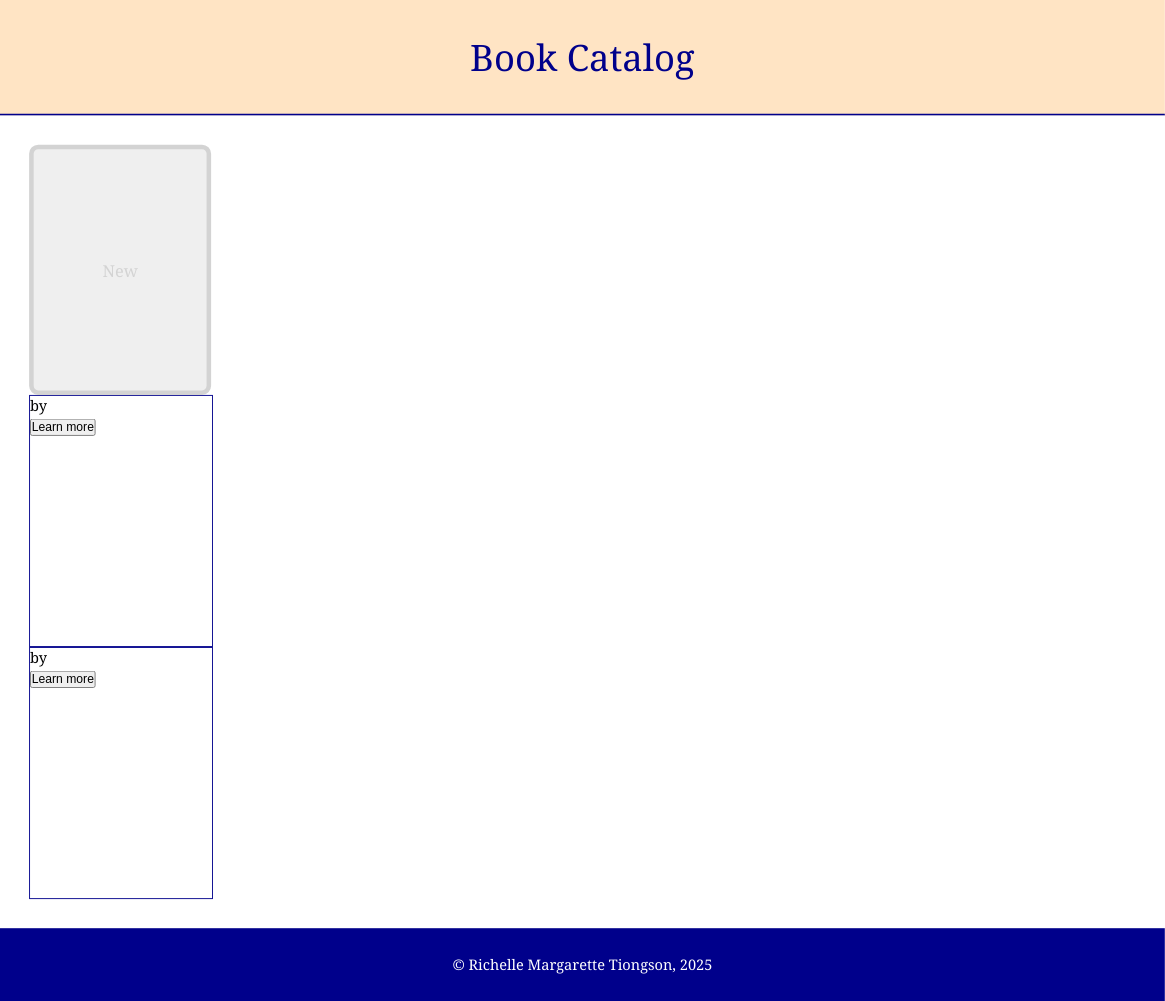
Repository: richelletiongson/comp3170_lab01
Page: /
These files come from the project's save history. The page is drawn as it stood at one moment and after the next save; the edit follows.
The browser window is 1280 px wide. The pictures show the whole page, at 91% of full size.
The project was rebuilt for these pictures with package versions that can differ from the ones it lists, and the page was loaded fresh each time. Also part of the build but not shown: vite.config.js.

Above is the page before, as saved 2025-09-14 00:11:31.

### index.html
<!doctype html>
<html lang="en">
  <head>
    <meta charset="UTF-8" />
    <link rel="stylesheet" href="src/index.css"/>
    <meta name="viewport" content="width=device-width, initial-scale=1.0" />
    <title>Book Catalog</title>
  </head>
  <body>
    <div id="root"></div>
    <script type="module" src="/src/main.jsx"></script>
  </body>
</html>

### src/index.css
* {
  margin: 0;
  padding: 0;
}

body {
  font-family: 'Georgia', 'Times New Roman', serif;
  height: 100vh;
  display: flex;
  flex-direction: column;
}

.app {
  display: flex;
  flex-direction: column;
  min-height: 100vh;
}

.header {
  background-color: bisque;
  height: 125px;
  display: flex;
  align-items: center;
  justify-content: center;
  border-bottom: 2px solid darkblue;
}

.header-title {
  color: darkblue;
  font-size: 2.5rem;
  font-weight: normal;
  text-align: center;
  margin: 0;
}

.book {
  border: solid 1px darkblue;
  height:275px;
  width:200px;
}

.new {
  border: solid 5px lightgray;
  border-radius: 10px;
  height:275px;
  width:200px;
  font-family: 'Georgia', 'Times New Roman', serif;
  color: lightgray;
  font-size: 18px;
}

.main-content {
  flex: 1;
  background-color: #FFFFFF;
  padding: 2rem;
}

.footer {
  background-color: darkblue;
  height: 80px;
  display: flex;
  align-items: center;
  justify-content: center;
}

.footer-text {
  color: #FFFFFF;
  font-size: 1rem;
  margin: 0;
  text-align: center;
}

### src/App.jsx

import './index.css'
import Book from './Book'

function App() {
  return (
    <div className="app">
      <header className="header">
        <h1 className="header-title">Book Catalog</h1>
      </header>

      <main className="main-content">
        <button className="new">New</button>
        <Book/>
        <Book/>
      </main>

      <footer className="footer">
        <p className="footer-text">© Richelle Margarette Tiongson, 2025</p>
      </footer>
    </div>
  )
}

export default App

### src/Book.jsx
import './index.css'

function Book(props) {
    return (
        <div className="book">
            <image src={props.image}></image>
            <div>
                <p>by</p>
                <p>{props.author}</p>
            </div>
            <button>Learn more</button>
        </div>
    );
}

export default Book;

Loaded but not shown: src/main.jsx (common file)

After the next save:
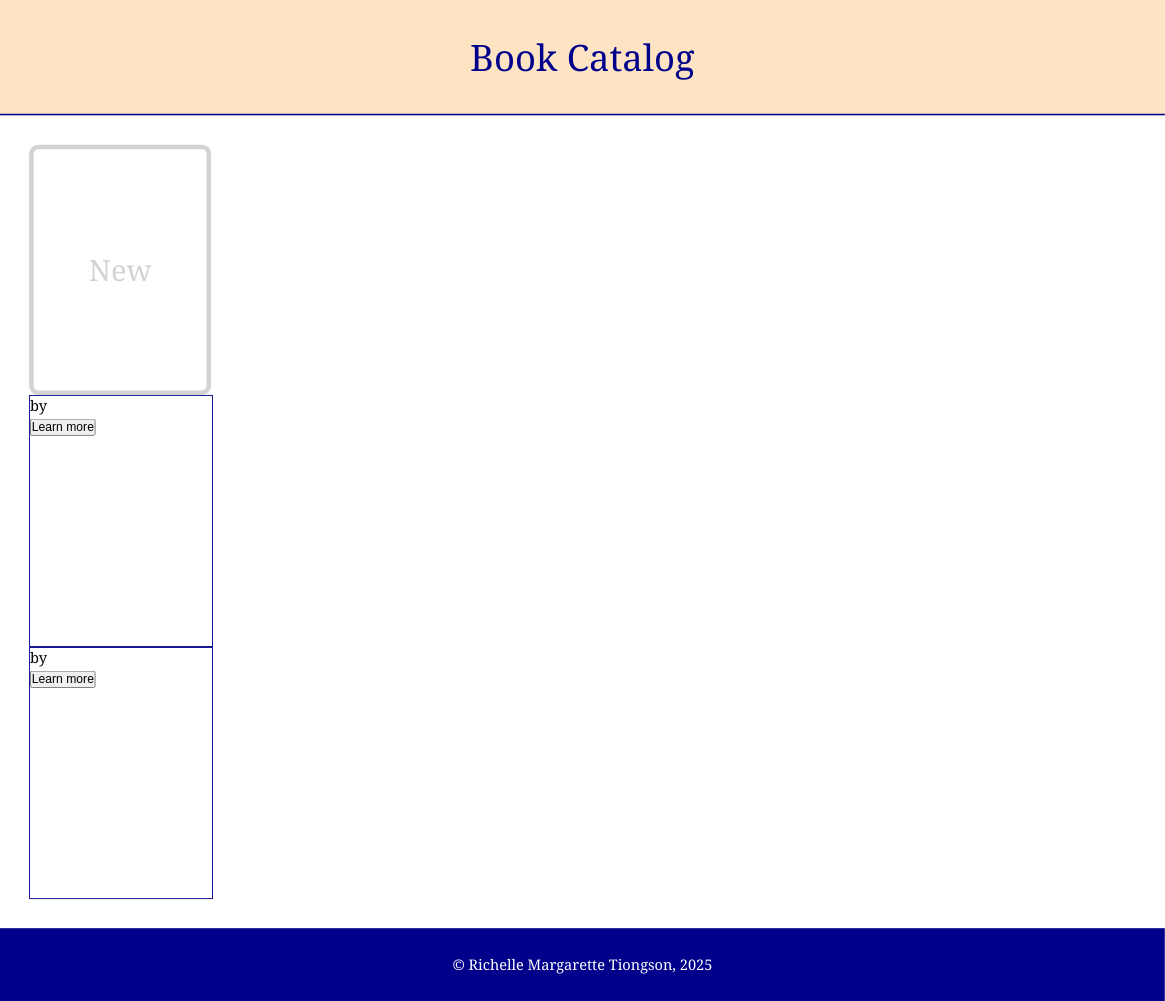
Saved 39 s later.
--- a/src/index.css
+++ b/src/index.css
@@ -45,8 +45,9 @@ body {
   height:275px;
   width:200px;
   font-family: 'Georgia', 'Times New Roman', serif;
+  background-color: #FFFFFF;
   color: lightgray;
-  font-size: 18px;
+  font-size: 32px;
 }
 
 .main-content {
